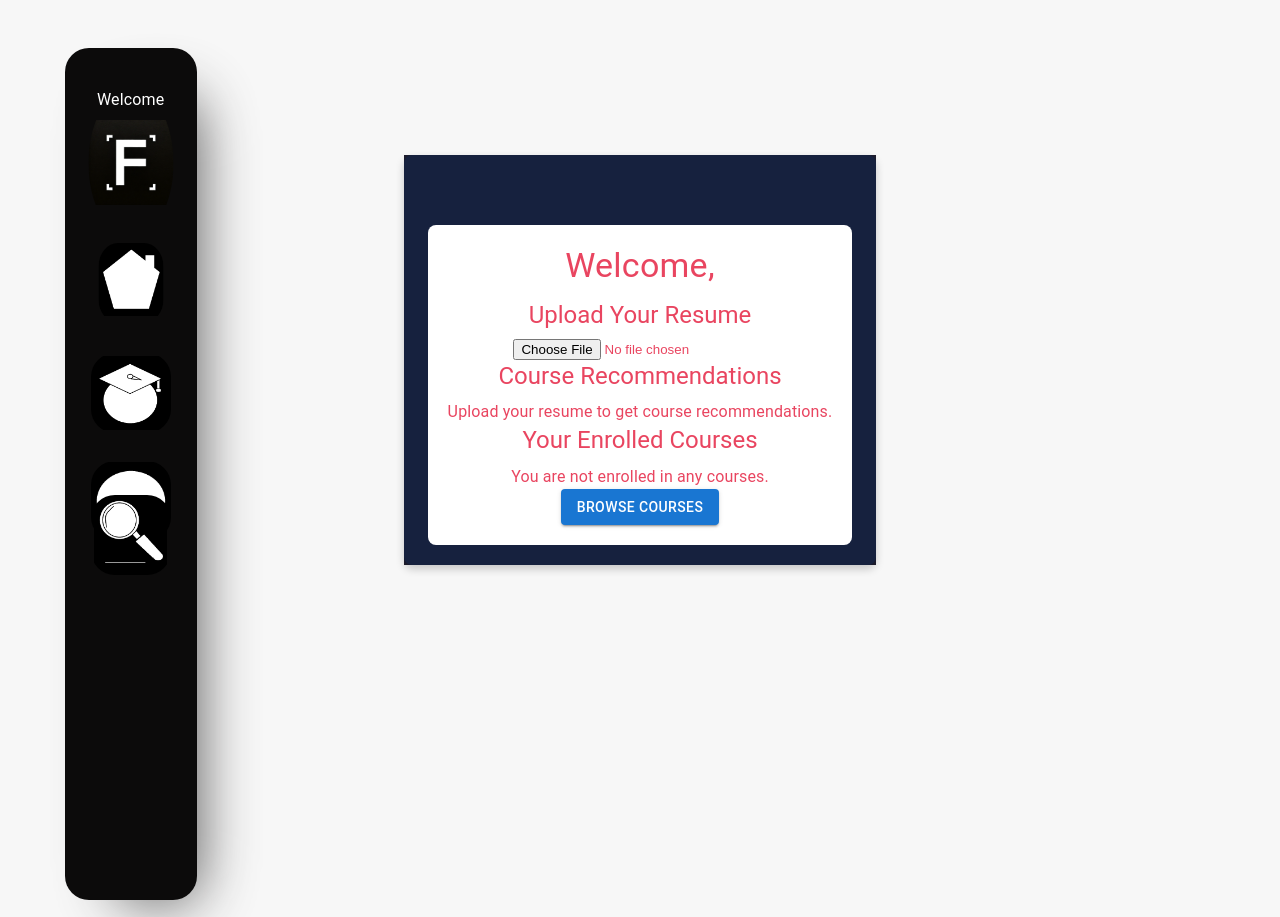
Repository: jvt2/OnlineCourseApp
Page: /dashboard
These files come from the project's save history. The page is drawn as it stood at one moment and after the next save; the edit follows.
The browser window is 1280 px wide. The pictures show the whole page.
The page's requests for data from a server got no answer. The project was rebuilt for these pictures with package versions that can differ from the ones it lists, and the page was loaded fresh each time. No one was signed in, and anything a server would have sent is missing. Also part of the build but not shown: src/features/auth/Register.js, src/features/auth/Login.js, src/features/courses/ResumeUpload.js, src/features/courses/CourseRecommendations.js, src/components/common/MyModal.js, src/features/courses/CourseCatalog.js, src/features/courses/CourseDetail.js, src/components/common/Navbar.js and 3 more. Imported but missing from the stored project, and not drawn on this page: src/app/reportWebVitals.

Above is the page before, as saved 2024-07-15 11:30:27.

After the next save:
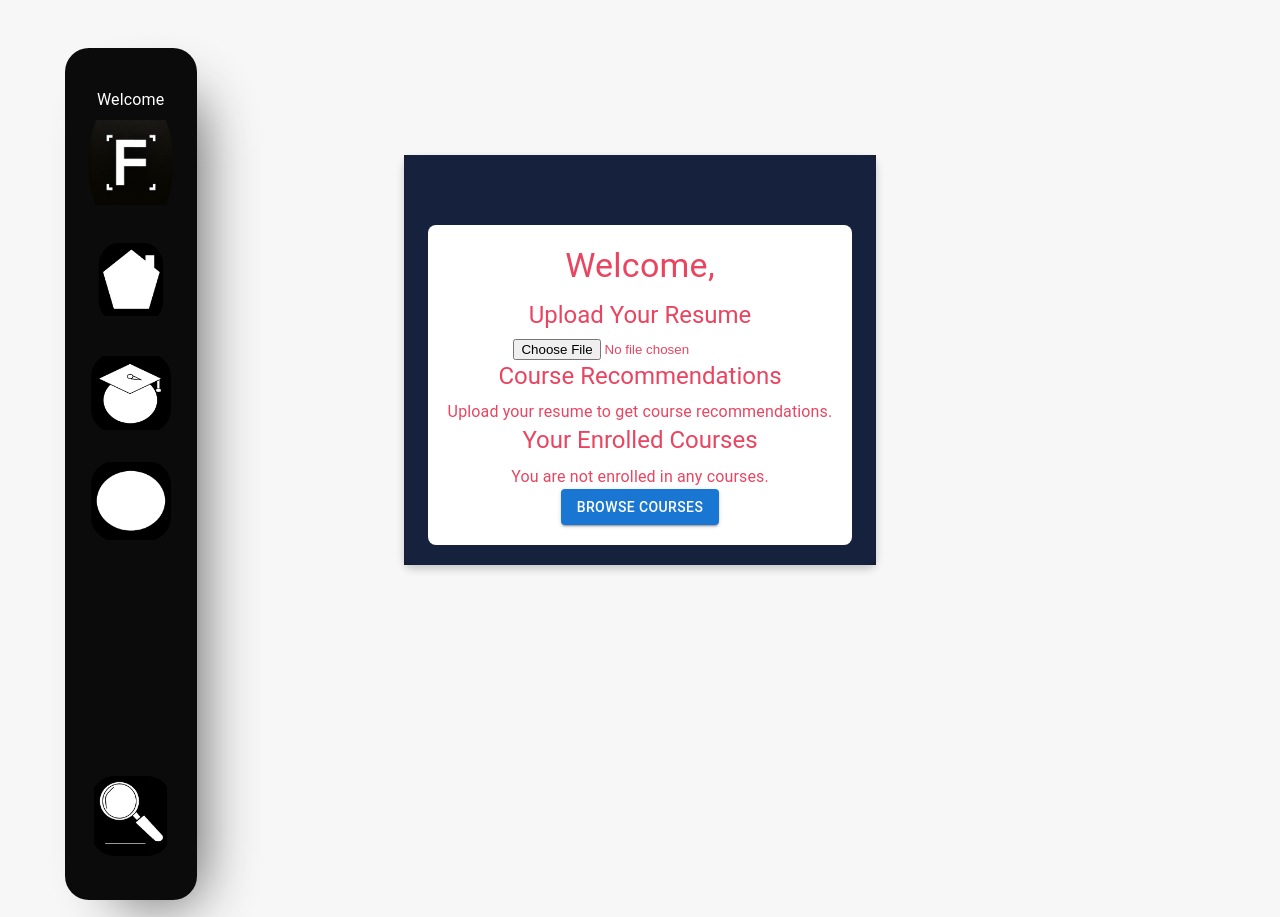
Saved 25 s later.
--- a/src/features/dashboard/Dashboard.css
+++ b/src/features/dashboard/Dashboard.css
@@ -120,7 +120,7 @@
   }
 
   .icon-message {
-    top: 52.44%;
+    top: 85.44%;
     width: 80px;
     height: 80px;
     background-position: center;
